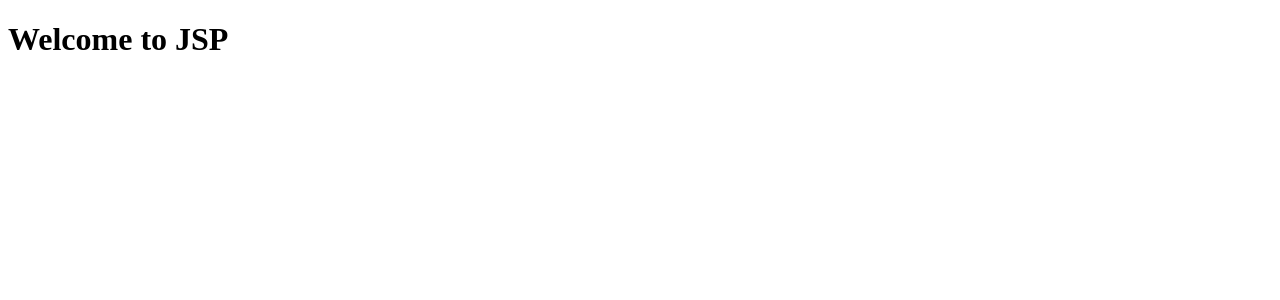
Repository: durgaforu/Fedility-Spring
Page: http://localhost/SrvTest/s1
An editor plug-in stored every save of this project. The page is shown before and after the next save, followed by the edit.
The browser window is 1280 px wide. The pictures show the whole page.
The page is served by Tomcat 9.

Above is the page before, as saved 2017-05-07 05:45:16.

After the next save:
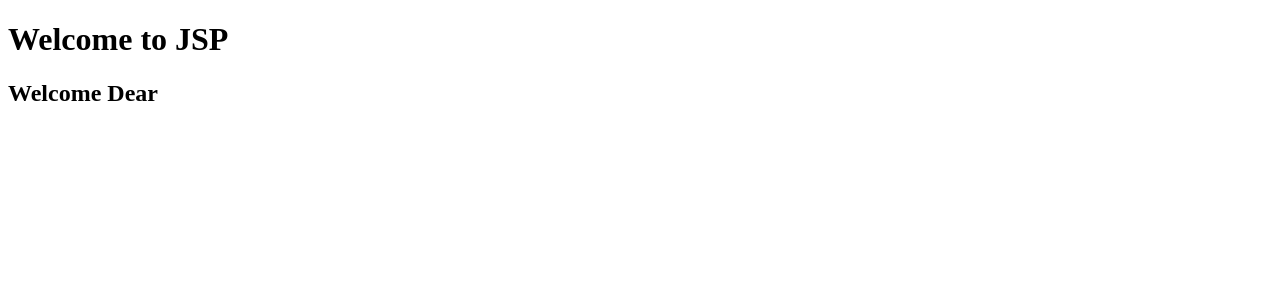
Saved 16 s later.
--- a/Spring/SrvTest/WebContent/one.jsp
+++ b/Spring/SrvTest/WebContent/one.jsp
@@ -8,5 +8,6 @@
 </head>
 <body>
 <h1>Welcome to JSP</h1>
+<h2>Welcome Dear ${request.user}
 </body>
 </html>
